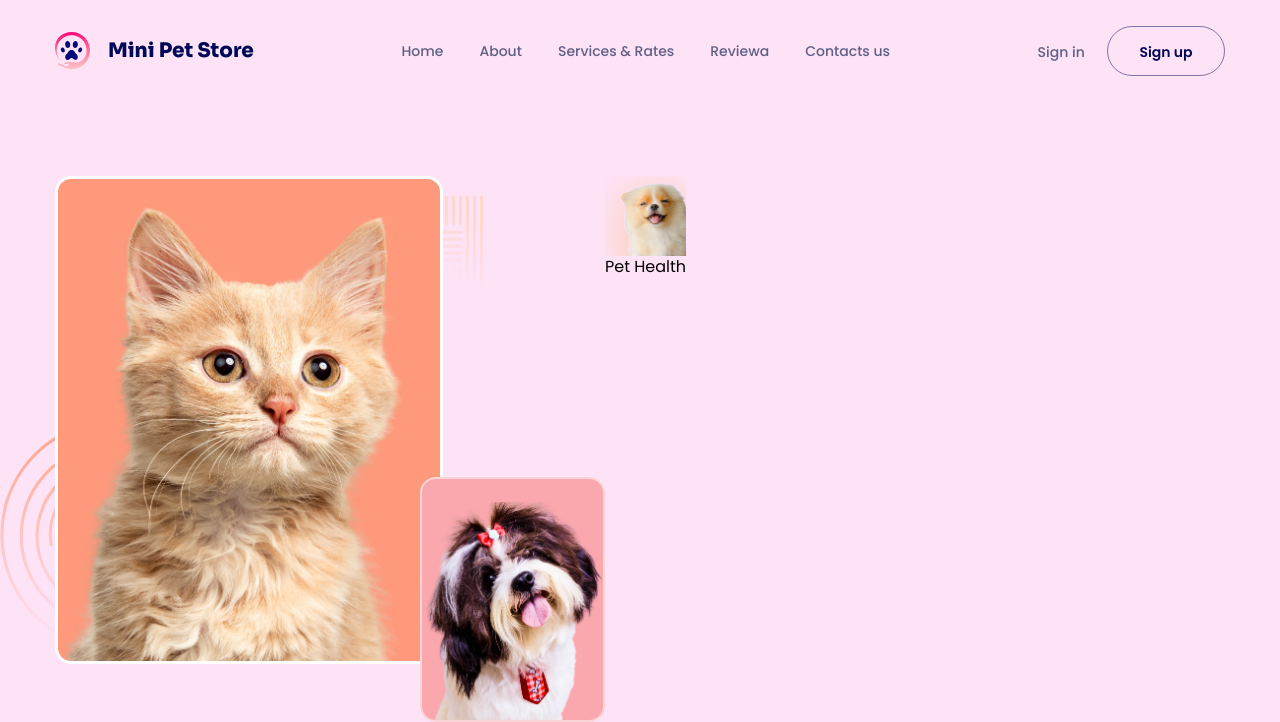
Repository: Tran-Dat/ASM-HTML5-F8-04
Page: index.html
An editor plug-in stored every save of this project. The page is shown before and after the next save, followed by the edit.
The browser window is 1280 px wide. The pictures show the whole page.

Above is the page before, as saved 2023-06-12 16:19:07.

After the next save:
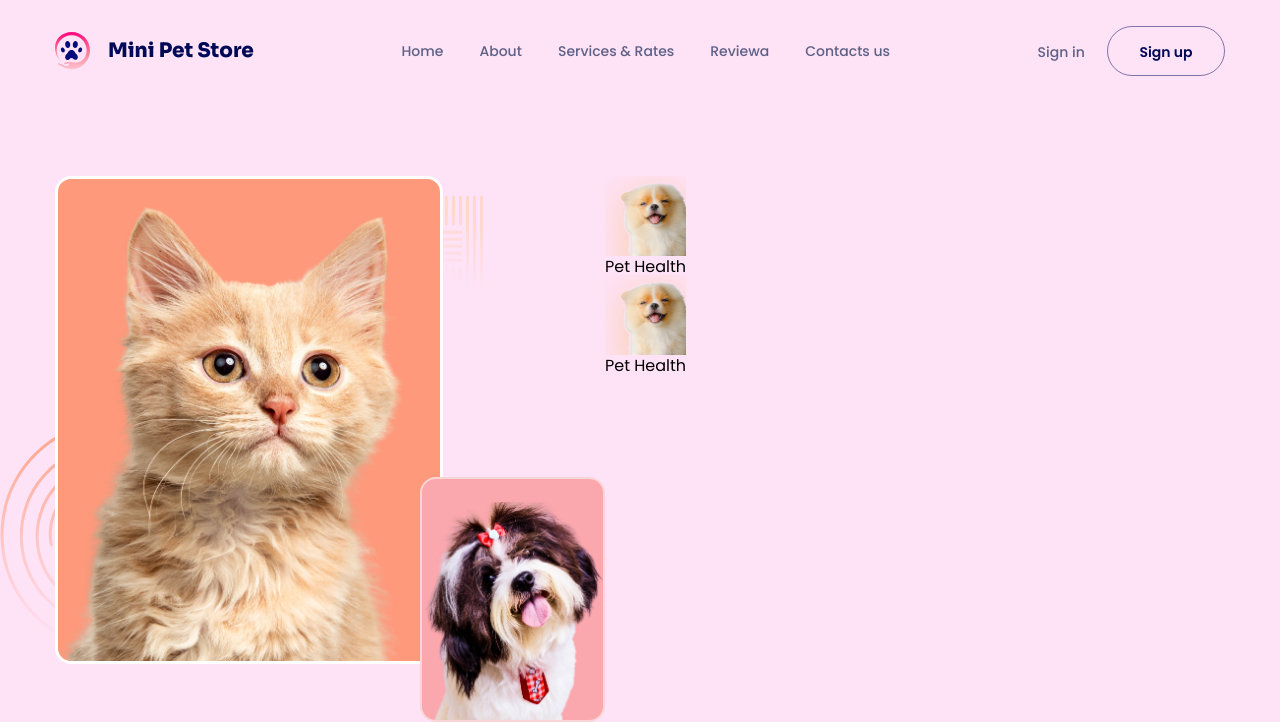
Saved 32 s later.
--- a/index.html
+++ b/index.html
@@ -179,6 +179,24 @@
                         </div>
 
                         <div class="hero__list">
+                            <!-- hero list item 1 -->
+                            <div class="hero-list-item">
+                                <img
+                                    src="./assets/img/pet-03.png"
+                                    alt=""
+                                    class="hero-list-item__thumb"
+                                />
+
+                                <div class="hero-list-item__info">
+                                    <p class="hero-list-item__title">
+                                        Pet Health
+                                    </p>
+                                    <div class="hero-list-item__skeleton"></div>
+                                    <div class="hero-list-item__skeleton"></div>
+                                </div>
+                            </div>
+
+                            <!-- hero list item 2 -->
                             <div class="hero-list-item">
                                 <img
                                     src="./assets/img/pet-03.png"
